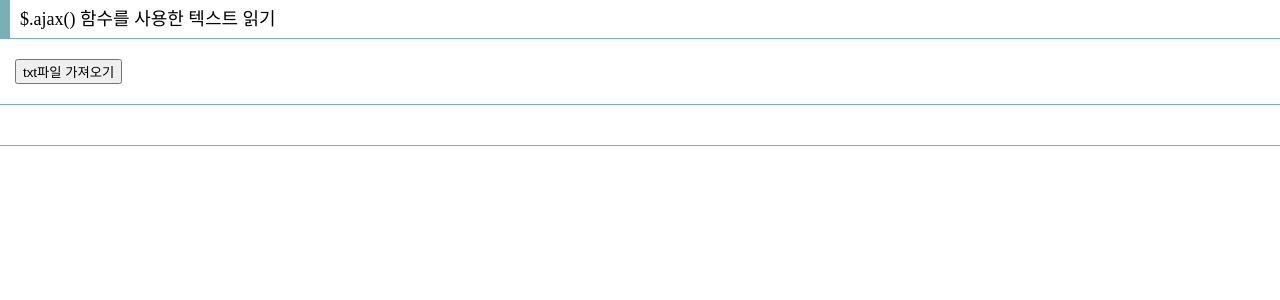
Repository: Choiinhwan11/JAVA
Page: Web/workspace/AJax_jQuery/src/main/webapp/01_helloAjax/exam03.html
The author's editor kept a copy of each file at every save. The page is drawn from the files as they stood at one save, then again after the next save.
The browser window is 1280 px wide. The pictures show the whole page.

Above is the page before, as saved 2024-02-15 07:16:06.

### Web/workspace/AJax_jQuery/src/main/webapp/01_helloAjax/exam03.html
<!DOCTYPE html>
<html lang="en">
<head>
  <meta charset="UTF-8">
  <meta name="viewport" content="width=device-width, initial-scale=1.0">
  <title>Document</title>
  <link rel="stylesheet" href="../css/common.css">
  <link rel="stylesheet" href="../css/reset.css">
</head>
<body>
  <h1 class="title">$.ajax() 함수를 사용한 텍스트 읽기</h1>
  <div class="exec">
    <input type="button" value="txt파일 가져오기" id="mybtn"/>
  </div>
  <div class="console" id="result"></div>
  <script src="http://code.jQuery.com/jquery-3.7.1.min.js"></script>
  <script>
    $(function(){
      $('#mybtn').click(function(){
        $(function(){
          $.ajax({
            type:'get',
            url: '../text/textdata.jsp',
            // data: 서버로 보내는 데이터 success의 data와 다르다.
            data: 'keyword = Hello Ajax!!',
            // dataType: 서버로부터 받는 데이터의 타입,
            dataType : 'text',
            success:  function(data){
              $('#result').html(data);
            },
            error: function(err){
              alert(err);
            }
          })
        })
      })
    })
  </script>
</body>
</html>

### Web/workspace/AJax_jQuery/src/main/webapp/css/common.css
@charset "UTF-8";

html, body {
	width: 100%;
	height: 100%;
}

h1.title {
	font-size: large;
	border-left: 10px solid #7BAEB5;
	border-bottom: 1px solid #7BAEB5;
	padding: 10px;
	width: auto;
	background-color: #fff;
}

div.exec, div.console {
	padding: 20px 15px;
	border-bottom: 1px solid #7BAEB5;
}

div.console {
	font-family: 'Courier New';
	font-size: 12px;
	font-style: italic;
	line-height: 130%;
}

div.example {
	padding: 10px 30px;
}

### Web/workspace/AJax_jQuery/src/main/webapp/css/reset.css
@charset "UTF-8";

html, body, div, span, applet, object, iframe,
h1, h2, h3, h4, h5, h6, p, blockquote, pre,
a, abbr, acronym, address, big, cite, code,
del, dfn, em, img, ins, kbd, q, s, samp,
small, strike, strong, sub, sup, tt, var,
b, u, i, center,
dl, dt, dd, ol, ul, li,
fieldset, form, label, legend,
table, caption, tbody, tfoot, thead, tr, th, td,
article, aside, canvas, details, embed,
figure, figcaption, footer, header, hgroup,
menu, nav, output, ruby, section, summary,
time, mark, audio, video {
	margin: 0;
	padding: 0;
	border: 0;
	font-size: 100%;
	font: inherit;
	vertical-align: baseline;
}
/* HTML5 display-role reset for older browsers */
article, aside, details, figcaption, figure,
footer, header, hgroup, menu, nav, section {
	display: block;
}
body {
	line-height: 1;
}
ol, ul {
	list-style: none;
}
blockquote, q {
	quotes: none;
}
blockquote:before, blockquote:after,
q:before, q:after {
	content: '';
	content: none;
}
table {
	border-collapse: collapse;
	border-spacing: 0;
}

After the next save:
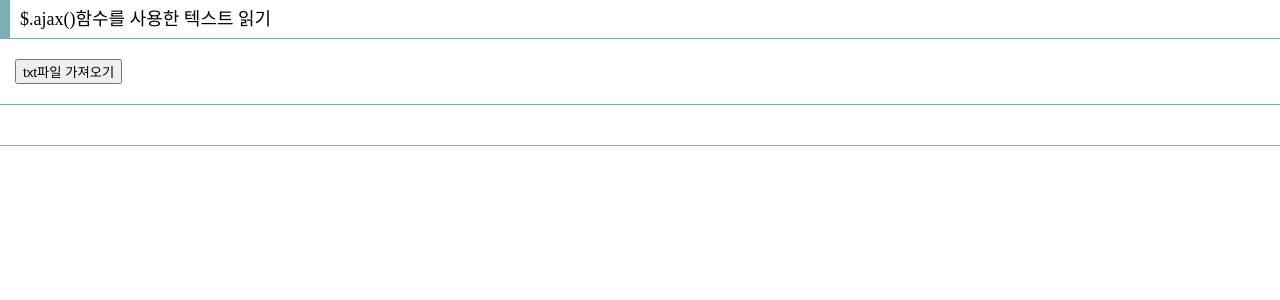
Saved 65 s later.
--- a/Web/workspace/AJax_jQuery/src/main/webapp/01_helloAjax/exam03.html
+++ b/Web/workspace/AJax_jQuery/src/main/webapp/01_helloAjax/exam03.html
@@ -1,40 +1,37 @@
 <!DOCTYPE html>
 <html lang="en">
 <head>
-  <meta charset="UTF-8">
-  <meta name="viewport" content="width=device-width, initial-scale=1.0">
-  <title>Document</title>
-  <link rel="stylesheet" href="../css/common.css">
-  <link rel="stylesheet" href="../css/reset.css">
+    <meta charset="UTF-8">
+    <meta name="viewport" content="width=device-width, initial-scale=1.0">
+    <title>Document</title>
+    <link rel="stylesheet" href="../css/common.css">
+    <link rel="stylesheet" href="../css/reset.css">
 </head>
 <body>
-  <h1 class="title">$.ajax() 함수를 사용한 텍스트 읽기</h1>
-  <div class="exec">
-    <input type="button" value="txt파일 가져오기" id="mybtn"/>
-  </div>
-  <div class="console" id="result"></div>
-  <script src="http://code.jQuery.com/jquery-3.7.1.min.js"></script>
-  <script>
-    $(function(){
-      $('#mybtn').click(function(){
+    <h1 class="title">$.ajax()함수를 사용한 텍스트 읽기</h1>
+    <div class="exec">
+        <input type="button" value="txt파일 가져오기" id="mybtn"/>
+    </div>
+    <div class="console" id="result"></div>
+
+    <script src="http://code.jquery.com/jquery-3.7.1.min.js"></script>
+    <script>
         $(function(){
-          $.ajax({
-            type:'get',
-            url: '../text/textdata.jsp',
-            // data: 서버로 보내는 데이터 success의 data와 다르다.
-            data: 'keyword = Hello Ajax!!',
-            // dataType: 서버로부터 받는 데이터의 타입,
-            dataType : 'text',
-            success:  function(data){
-              $('#result').html(data);
+           $('#mybtn').click(function(){
+            $.ajax({type:'get',
+            url:'../text/textdata.jsp',
+            data :  'keyword=Hello AJax!!',// 변수=값, 서버로 보내는 데이터
+            dataType :'text',// 서버로부터 받는 테이터의 타입
+
+            success : function(data){
+                $('#result').html(data);
             },
-            error: function(err){
-              alert(err);
+            error:function(err){
+                alert(err);
             }
-          })
-        })
-      })
-    })
-  </script>
+        });
+           });
+        });
+    </script>
 </body>
 </html>

After the 2 saves that followed:
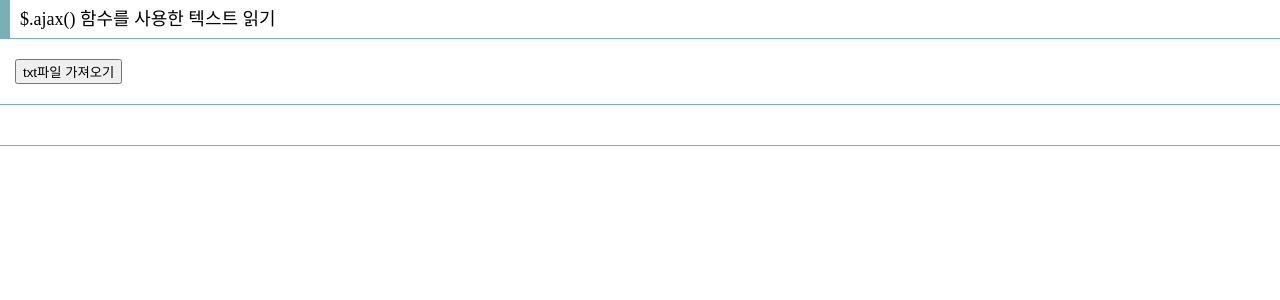
The 2 saves are shown as one change because 1 left the picture as it was.
The last was saved 2 min 26 s later.
--- a/Web/workspace/AJax_jQuery/src/main/webapp/01_helloAjax/exam03.html
+++ b/Web/workspace/AJax_jQuery/src/main/webapp/01_helloAjax/exam03.html
@@ -1,37 +1,40 @@
 <!DOCTYPE html>
 <html lang="en">
 <head>
-    <meta charset="UTF-8">
-    <meta name="viewport" content="width=device-width, initial-scale=1.0">
-    <title>Document</title>
-    <link rel="stylesheet" href="../css/common.css">
-    <link rel="stylesheet" href="../css/reset.css">
+  <meta charset="UTF-8">
+  <meta name="viewport" content="width=device-width, initial-scale=1.0">
+  <title>Document</title>
+  <link rel="stylesheet" href="../css/common.css">
+  <link rel="stylesheet" href="../css/reset.css">
 </head>
 <body>
-    <h1 class="title">$.ajax()함수를 사용한 텍스트 읽기</h1>
-    <div class="exec">
-        <input type="button" value="txt파일 가져오기" id="mybtn"/>
-    </div>
-    <div class="console" id="result"></div>
-
-    <script src="http://code.jquery.com/jquery-3.7.1.min.js"></script>
-    <script>
+  <h1 class="title">$.ajax() 함수를 사용한 텍스트 읽기</h1>
+  <div class="exec">
+    <input type="button" value="txt파일 가져오기" id="mybtn"/>
+  </div>
+  <div class="console" id="result"></div>
+  <script src="http://code.jQuery.com/jquery-3.7.1.min.js"></script>
+  <script>
+    $(function(){
+      $('#mybtn').click(function(){
         $(function(){
-           $('#mybtn').click(function(){
-            $.ajax({type:'get',
-            url:'../text/textdata.jsp',
-            data :  'keyword=Hello AJax!!',// 변수=값, 서버로 보내는 데이터
-            dataType :'text',// 서버로부터 받는 테이터의 타입
-
-            success : function(data){
-                $('#result').html(data);
+          $.ajax({
+            type:'get',
+            url: '../text/textdata.jsp',
+            // data: 서버로 보내는 데이터 success의 data와 다르다.
+            data: 'keyword = Hello Ajax!!',
+            // dataType: 서버로부터 받는 데이터의 타입,
+            dataType : 'text',
+            success:  function(data){
+              $('#result').html(data);
             },
-            error:function(err){
-                alert(err);
+            error: function(err){
+              alert(err);
             }
-        });
-           });
-        });
-    </script>
+          })
+        })
+      })
+    })
+  </script>
 </body>
 </html>
